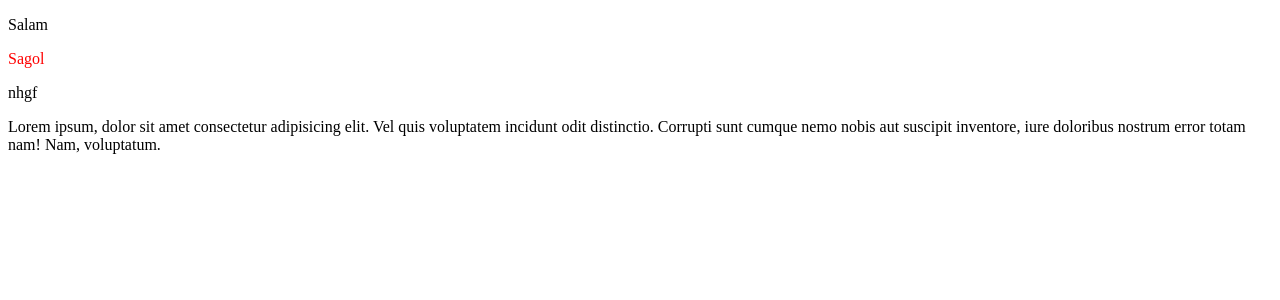
Repository: AytacSafarova/task-111
Page: index.html
An editor plug-in stored every save of this project. The page is shown before and after the next save, followed by the edit.
The browser window is 1280 px wide. The pictures show the whole page.

Above is the page before, as saved 2023-09-16 17:37:17.

### index.html
<!DOCTYPE html>
<html lang="en">
  <head>
    <meta charset="UTF-8" />
    <meta name="viewport" content="width=device-width, initial-scale=1.0" />
    <title>Document</title>
    <link rel="stylesheet" href="index.css" />
  </head>
  <body>
    <p>Salam</p>
    <p class="text-2">Sagol</p>
    <p>nhgf</p>
    <p class="">Lorem ipsum, dolor sit amet consectetur adipisicing elit. Vel quis voluptatem incidunt odit distinctio. Corrupti sunt cumque nemo nobis aut suscipit inventore, iure doloribus nostrum error totam nam! Nam, voluptatum.</p>
  </body>
</html>

### index.css
.text-2{
    color: red;
}

After the next save:
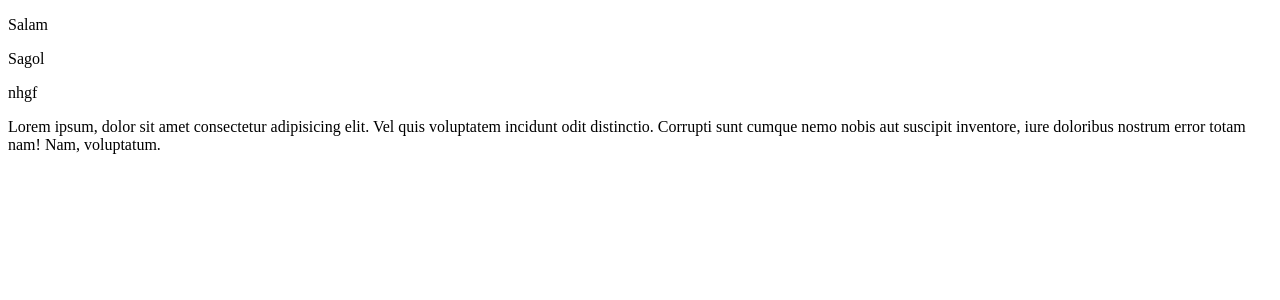
Saved 19 s later.
--- a/index.css
+++ b/index.css
@@ -1,3 +1,3 @@
-.text-2{
+.red-text{
     color: red;
 }

After the save that followed:
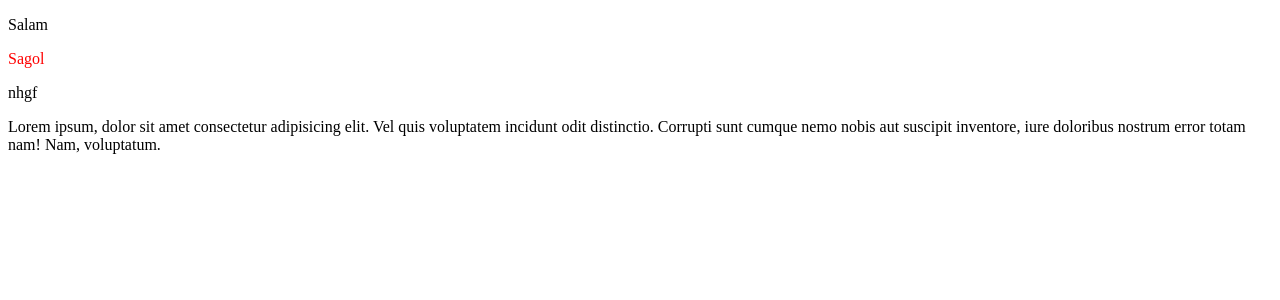
Saved 6 s later.
--- a/index.html
+++ b/index.html
@@ -8,7 +8,7 @@
   </head>
   <body>
     <p>Salam</p>
-    <p class="text-2">Sagol</p>
+    <p class="red-text">Sagol</p>
     <p>nhgf</p>
     <p class="">Lorem ipsum, dolor sit amet consectetur adipisicing elit. Vel quis voluptatem incidunt odit distinctio. Corrupti sunt cumque nemo nobis aut suscipit inventore, iure doloribus nostrum error totam nam! Nam, voluptatum.</p>
   </body>
